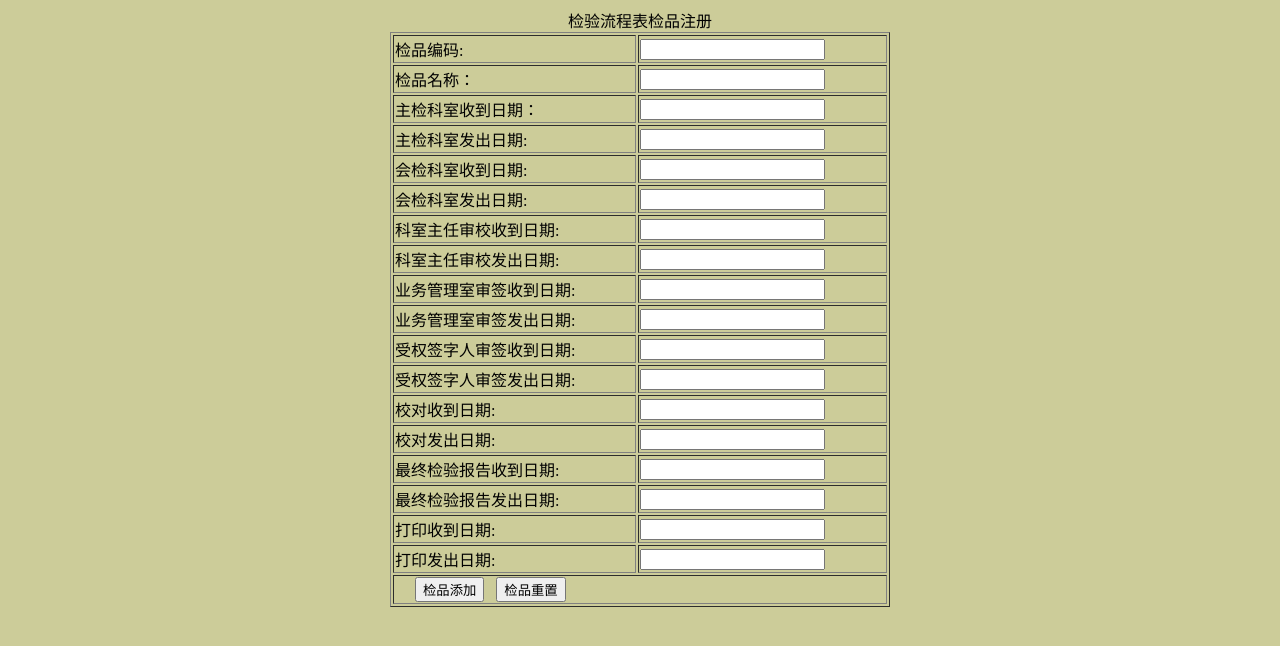
Repository: Shaoxubao/Java
Page: http://localhost/msm/jsp/sample/add_sampleflow.jsp
An editor plug-in stored every save of this project. The page is shown before and after the next save, followed by the edit.
The browser window is 1280 px wide. The pictures show the whole page.
The page is served by Tomcat 9. Nobody is signed in. The application's start-up code is not run. Other server files are loaded and not shown. The template is opened directly, without the code that normally fills it, so the values that code supplies are empty.

Above is the page before, as saved 2015-06-10 08:33:22.

### msm/WebContent/jsp/sample/add_sampleflow.jsp
<%@ page language="java" contentType="text/html; charset=UTF-8"
    pageEncoding="UTF-8"%>
<%@ taglib prefix="sf" uri="http://www.springframework.org/tags/form"%>
<!DOCTYPE html PUBLIC "-//W3C//DTD HTML 4.01 Transitional//EN" "http://www.w3.org/TR/html4/loose.dtd">
<html>
<head>
<meta http-equiv="Content-Type" content="text/html; charset=UTF-8">
<title>检验流程表检品注册</title>
</head>
<body bgcolor="#CCCC99">
    <div align="center">检验流程表检品注册</div>
    <sf:form method="post" modelAttribute="sampleFlow">
        <table align="center" width="500" border="1">
            <tr>
                <td>检品编码:</td><td><sf:input path="sampleNo" /><sf:errors path="sampleNo"/></td>
            </tr>
            <tr>
                <td>检品名称：</td><td><sf:input path="sampleName" /><sf:errors path="sampleName"/></td>
            </tr>
            <tr>
                <td>主检科室收到日期：</td><td><sf:input path="mianRev" /><sf:errors path="mianRev"/></td>
            </tr>
            <tr>
                <td>主检科室发出日期:</td><td><sf:input path="mianSection" /><sf:errors path="mianSection"/></td>
            </tr>
            <tr>
                <td>会检科室收到日期:</td><td><sf:input path="secondSection" /><sf:errors path="secondSection"/></td>
            </tr>
            <tr>
                <td>会检科室发出日期:</td><td><sf:input path="produce" /><sf:errors path="produce"/></td>
            </tr>
            <tr>
                <td>科室主任审校收到日期:</td><td><sf:input path="specs" /><sf:errors path="specs"/></td>
            </tr>
            <tr>
                <td>科室主任审校发出日期:</td><td><sf:input path="amount" /><sf:errors path="amount"/></td>
            </tr>
            <tr>
                <td>业务管理室审签收到日期:</td><td><sf:input path="isChecked" /><sf:errors path="isChecked"/></td>
            </tr>
            <tr>
                <td>业务管理室审签发出日期:</td><td><sf:input path="isCheckPassed" /><sf:errors path="isCheckPassed"/></td>
            </tr>
            <tr>
                <td>受权签字人审签收到日期:</td><td><sf:input path="receiveDate" /><sf:errors path="receiveDate"/></td>
            </tr>
            <tr>
                <td>受权签字人审签发出日期:</td><td><sf:input path="conclusionDate" /><sf:errors path="conclusionDate"/></td>
            </tr>
             <tr>
                <td>校对收到日期:</td><td><sf:input path="receiveDate" /><sf:errors path="receiveDate"/></td>
            </tr>
            <tr>
                <td>校对发出日期:</td><td><sf:input path="conclusionDate" /><sf:errors path="conclusionDate"/></td>
            </tr>
             <tr>
                <td>最终检验报告收到日期:</td><td><sf:input path="receiveDate" /><sf:errors path="receiveDate"/></td>
            </tr>
            <tr>
                <td>最终检验报告发出日期:</td><td><sf:input path="conclusionDate" /><sf:errors path="conclusionDate"/></td>
            </tr>
             <tr>
                <td>打印收到日期:</td><td><sf:input path="receiveDate" /><sf:errors path="receiveDate"/></td>
            </tr>
            <tr>
                <td>打印发出日期:</td><td><sf:input path="conclusionDate" /><sf:errors path="conclusionDate"/></td>
            </tr>

            <tr>
              <td colspan="2">
                &nbsp;&nbsp;&nbsp;&nbsp;
                <input type="submit" name="add" value="检品添加"/>
                &nbsp;
                <input type="reset"  name="ret" value="检品重置"/>
              </td>
            </tr>

        </table>
    </sf:form>
</body>
</html>

After the next save:
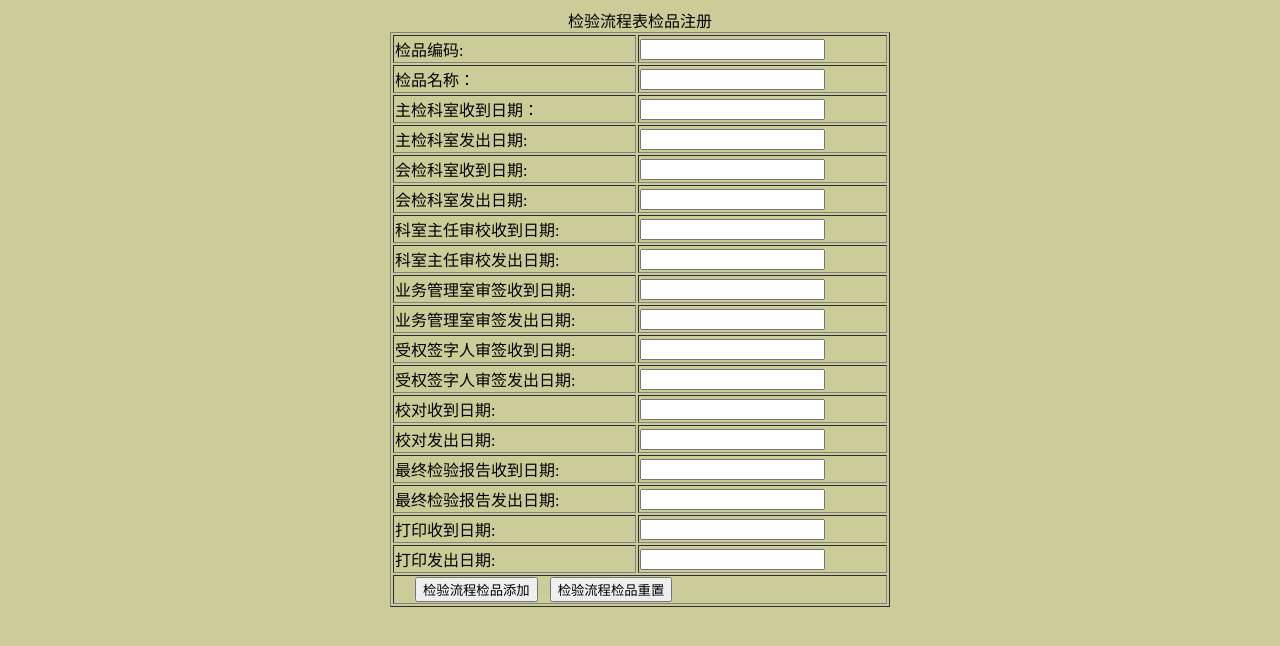
Saved 48 s later.
--- a/msm/WebContent/jsp/sample/add_sampleflow.jsp
+++ b/msm/WebContent/jsp/sample/add_sampleflow.jsp
@@ -69,9 +69,9 @@
             <tr>
               <td colspan="2">
                 &nbsp;&nbsp;&nbsp;&nbsp;
-                <input type="submit" name="add" value="检品添加"/>
+                <input type="submit" name="add" value="检验流程检品添加"/>
                 &nbsp;
-                <input type="reset"  name="ret" value="检品重置"/>
+                <input type="reset"  name="ret" value="检验流程检品重置"/>
               </td>
             </tr>
 
